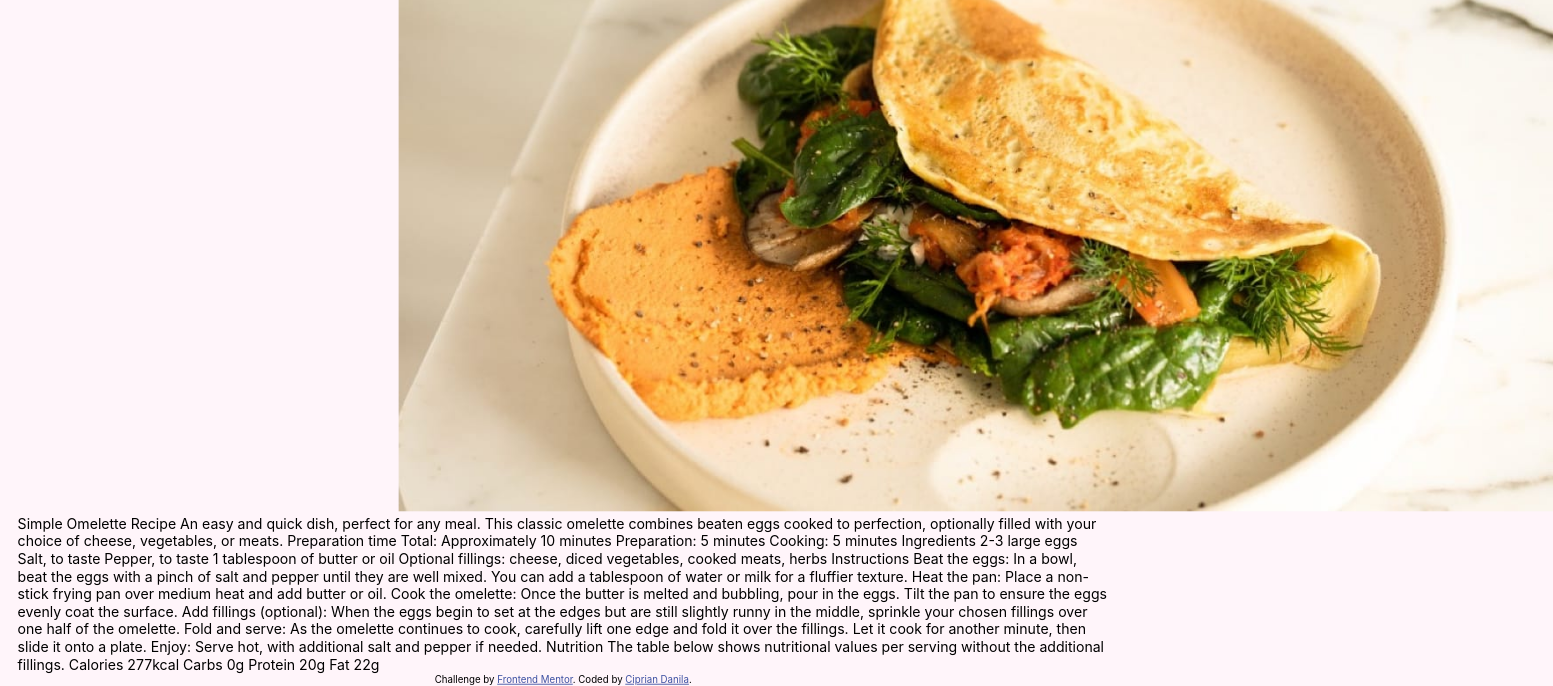
Repository: cipdanila/recipe-page
Page: index.html
An editor plug-in stored every save of this project. The page is shown before and after the next save, followed by the edit.
The browser window is 1280 px wide. The page is 1765 px wide, so the pictures cover 1765 px, including what lies to the right of the window. The pictures show the whole page, at 88% of full size.

Above is the page before, as saved 2024-01-21 14:27:29.

After the next save:
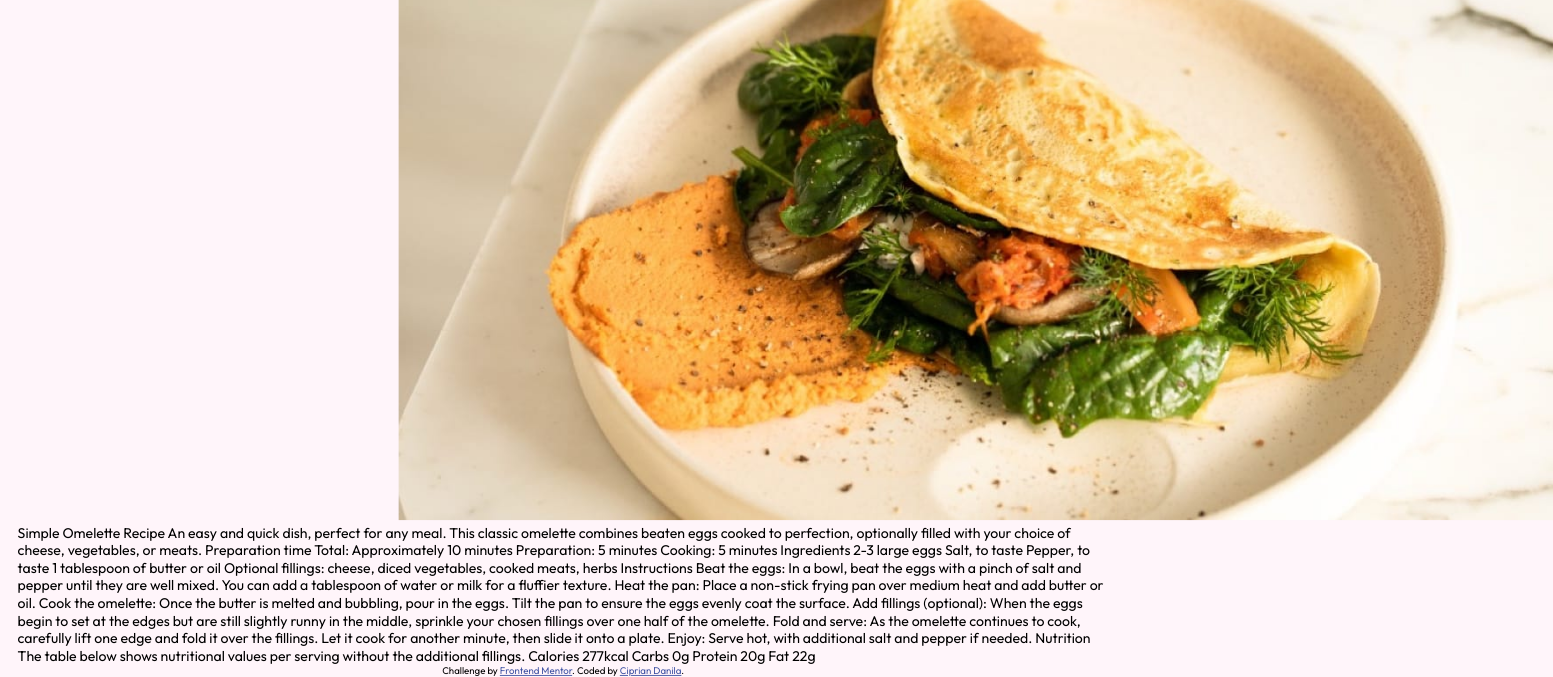
Saved 61 s later.
--- a/styles.css
+++ b/styles.css
@@ -20,7 +20,7 @@
 }
 
 body {
-    font-family: "Inter", sans-serif;
+    font-family: "Outfit", sans-serif;
     font-size: 16px;
     background-color: var(--rose-white);
     display: flex;
